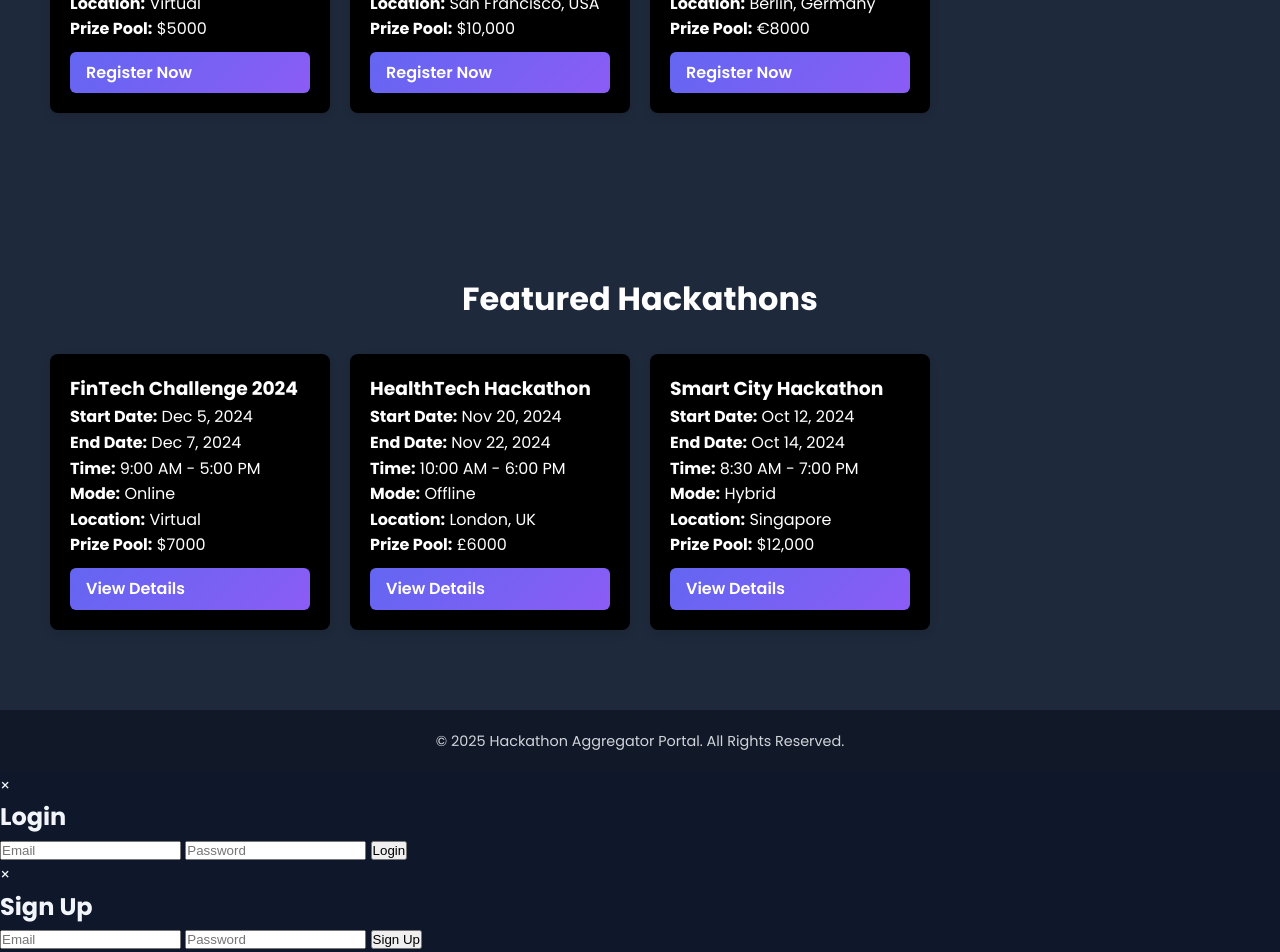
Repository: masihuddin-tech/Hackathon-Project
Page: index.html
The author's editor kept a copy of each file at every save. The page is drawn from the files as they stood at one save, then again after the next save.
The browser window is 1280 px wide. The pictures show the part of the page from y = 1043 to 1995 px (the page is 1995 px tall before and 1816 px after).
Backgrounds fixed to the window are drawn as part of the page.

Above is the page before, as saved 2025-09-07 12:19:06.
Not found: app.js

After the next save:
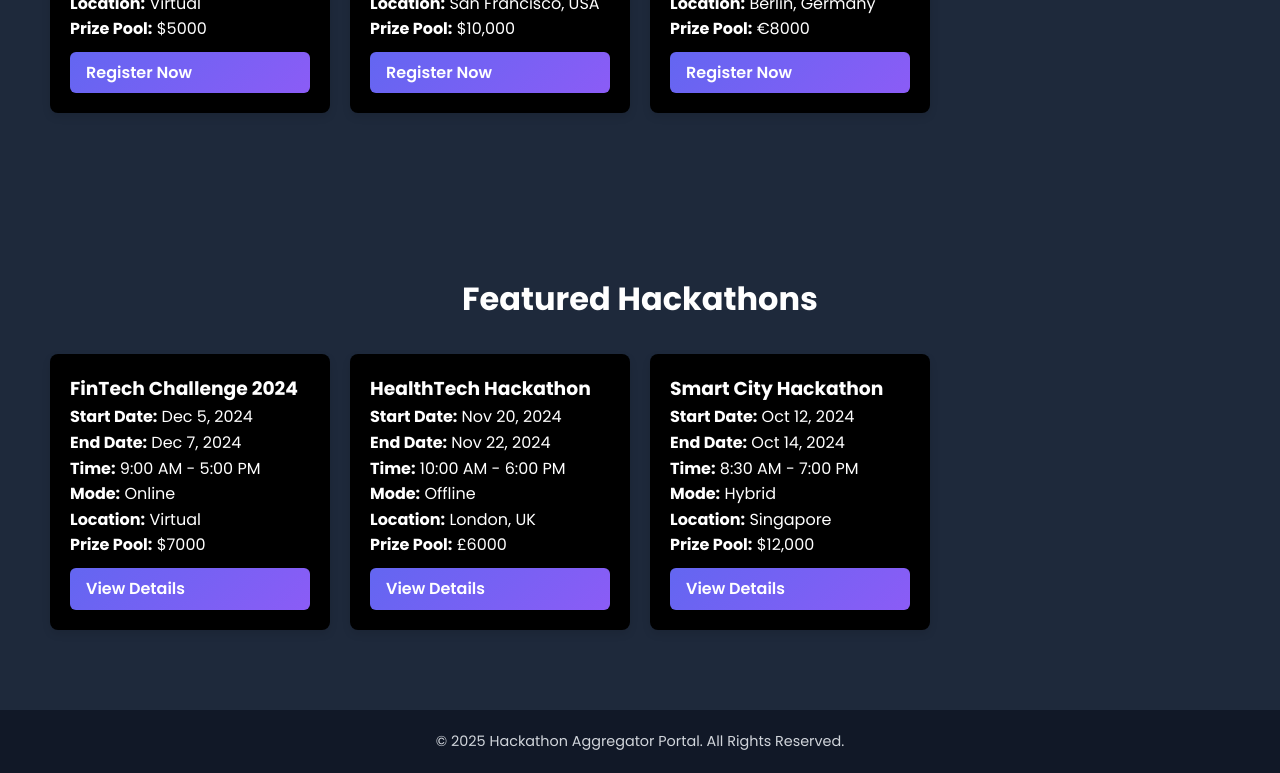
Saved 40 s later.
--- a/index.html
+++ b/index.html
@@ -120,28 +120,6 @@
     <p>© 2025 Hackathon Aggregator Portal. All Rights Reserved.</p>
   </footer>
 
-  <!-- Login Modal -->
-  <div class="modal hidden" id="login-modal">
-    <div class="modal-content">
-      <span class="close" id="login-close">&times;</span>
-      <h2>Login</h2>
-      <input type="email" id="login-email" placeholder="Email" />
-      <input type="password" id="login-password" placeholder="Password" />
-      <button id="login-submit">Login</button>
-    </div>
-  </div>
-
-  <!-- Signup Modal -->
-  <div class="modal hidden" id="signup-modal">
-    <div class="modal-content">
-      <span class="close" id="signup-close">&times;</span>
-      <h2>Sign Up</h2>
-      <input type="email" id="signup-email" placeholder="Email" />
-      <input type="password" id="signup-password" placeholder="Password" />
-      <button id="signup-submit">Sign Up</button>
-    </div>
-  </div>
-
   <script src="app.js" type="module"></script>
 </body>
 </html>
